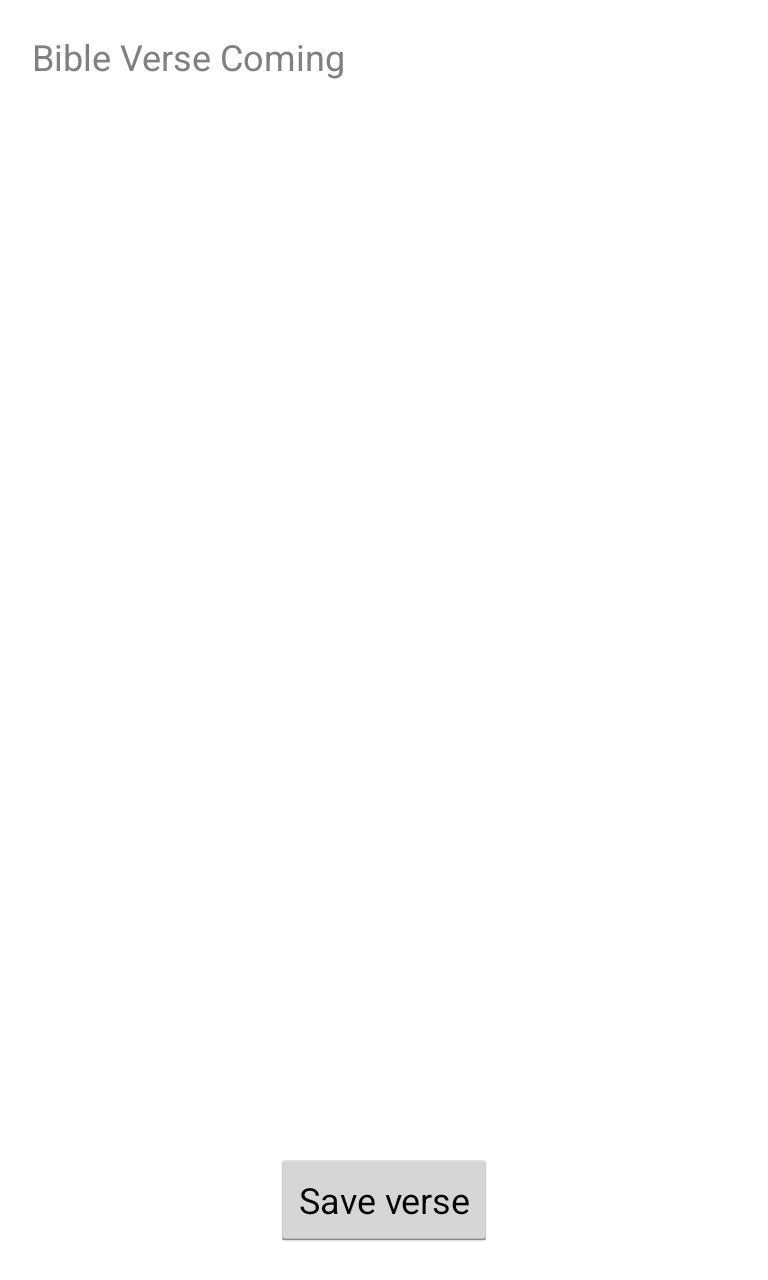
Repository: DerMinze/BibelVers
Layout: BibelVers/res/layout/activity_display_bible_verse.xml
The author's editor kept a copy of each file at every save. The layout is drawn from the files as they stood at one save, then again after the next save.
It is drawn on a 768 x 1280 px phone screen (xhdpi) without system bars, with theme AppTheme; the app's code is not run.

Above is the layout before, as saved 2013-09-15 15:40:17.

### BibelVers/res/layout/activity_display_bible_verse.xml
<RelativeLayout xmlns:android="http://schemas.android.com/apk/res/android"
    xmlns:tools="http://schemas.android.com/tools"
    android:layout_width="match_parent"
    android:layout_height="match_parent"
    android:paddingBottom="@dimen/activity_vertical_margin"
    android:paddingLeft="@dimen/activity_horizontal_margin"
    android:paddingRight="@dimen/activity_horizontal_margin"
    android:paddingTop="@dimen/activity_vertical_margin"
    tools:context=".DisplayBibleVerse" >

    <TextView
        android:id="@+id/bible_verse"
        android:layout_width="match_parent"
        android:layout_height="wrap_content"
        android:layout_alignParentLeft="true"
        android:layout_alignParentTop="true"
        android:hint="@string/bibel_verse"
        android:textAppearance="?android:attr/textAppearanceMedium" />

    <Button
        android:id="@+id/save_verse"
        android:layout_width="wrap_content"
        android:layout_height="wrap_content"
        android:layout_alignParentBottom="true"
        android:layout_centerHorizontal="true"
        android:onClick="saveVerse"
        android:text="@string/save_verse" />

</RelativeLayout>

### BibelVers/res/values/strings.xml
<?xml version="1.0" encoding="utf-8"?>
<resources>

    <string name="app_name">Bible Verse</string>
    <string name="action_settings">Settings</string>
    <string name="new_verse_button">See todays bible verse</string>
    <string name="bibel_verse">Bible Verse Coming</string>
    <string name="save_verse">Save verse</string>
    <string name="title_activity_display_bible_verse">My Bible Verse</string>
    <string name="back">Back</string>
    <string name="bible_character">Favourite biblical character:</string>
    <string name="current_character">No favourite biblical character given.</string>
    <string name="add_character">Add favourite character</string>
    <string name="saved_verses">Saved verses</string>
    <string name="title_activity_display_saved_verses">Saved Verses</string>

</resources>

Loaded but not shown: BibelVers/res/values/styles.xml (common file); BibelVers/res/values-v11/styles.xml (common file); BibelVers/res/values-v14/styles.xml (common file); BibelVers/res/values/dimens.xml (common file)

After the next save:
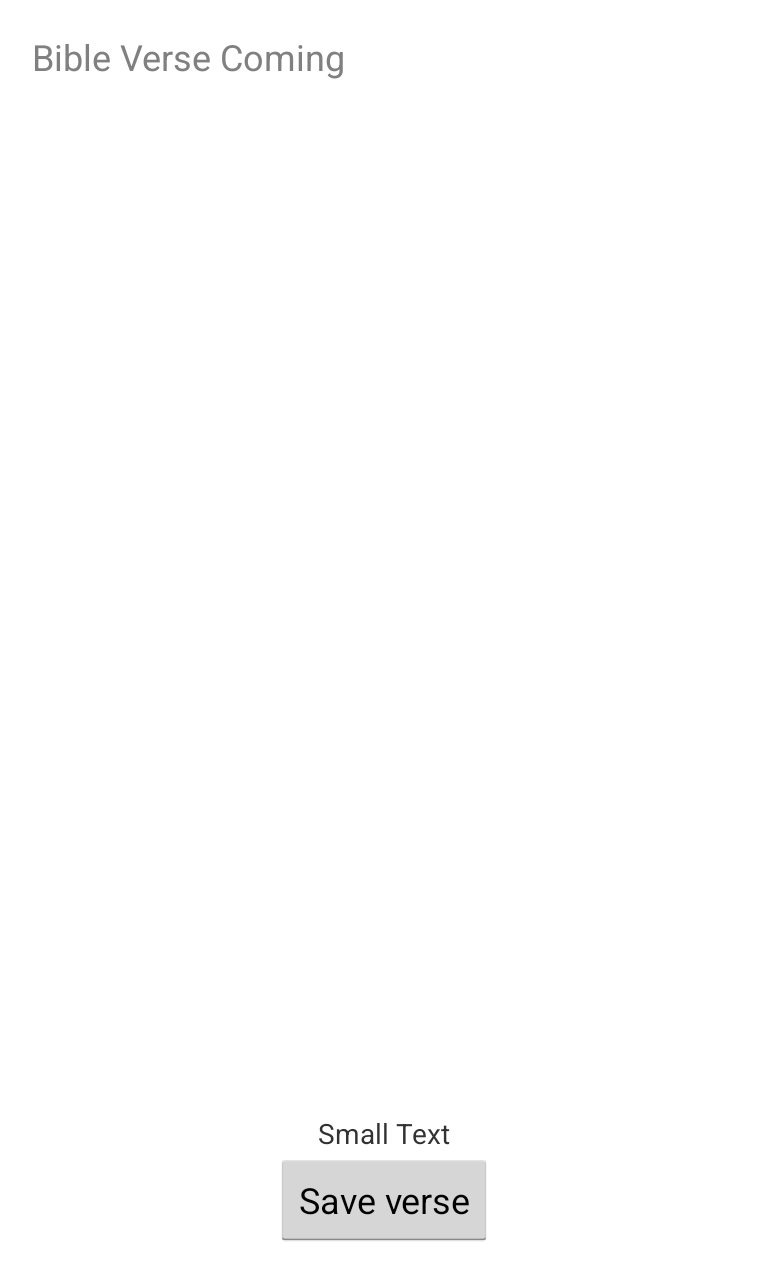
Saved 107 s later.
--- a/BibelVers/res/layout/activity_display_bible_verse.xml
+++ b/BibelVers/res/layout/activity_display_bible_verse.xml
@@ -26,4 +26,13 @@
         android:onClick="saveVerse"
         android:text="@string/save_verse" />
 
+    <TextView
+        android:id="@+id/verse_saved"
+        android:layout_width="wrap_content"
+        android:layout_height="wrap_content"
+        android:layout_above="@+id/save_verse"
+        android:layout_centerHorizontal="true"
+        android:text="Small Text"
+        android:textAppearance="?android:attr/textAppearanceSmall" />
+
 </RelativeLayout>
